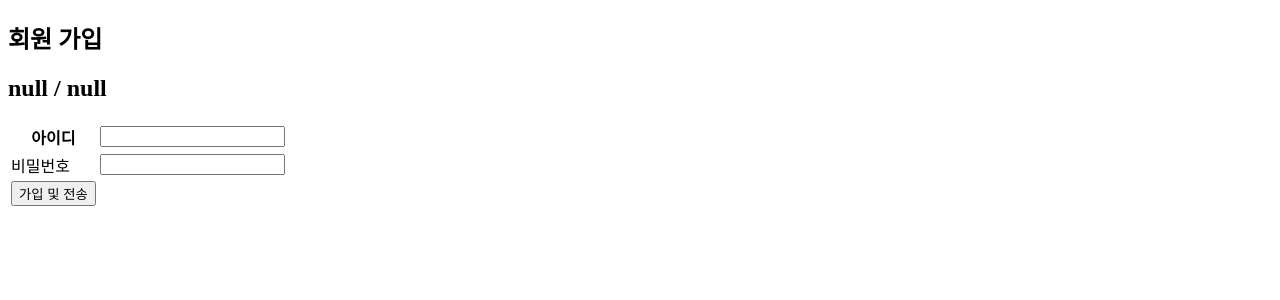
Repository: back-seung/academy
Page: http://localhost/SpringDay01/memberInputForm
These files come from the project's save history. The page is drawn as it stood at one moment and after the next save; the edit follows.
The browser window is 1280 px wide. The pictures show the whole page.
The page is served by Tomcat 9. Other server files are loaded and not shown.

Above is the page before, as saved 2021-11-22 12:43:40.

### SpringDay01/src/main/webapp/WEB-INF/views/memberInput.jsp
<%@ page language="java" contentType="text/html; charset=UTF-8"
    pageEncoding="UTF-8"%>
<!DOCTYPE html>
<html>
  <head>
    <meta charset="UTF-8" />
    <title>Insert title here</title>
  </head>
  <body>
    <form action="memberListForm" method="GET">
      <h2>회원 가입</h2>
      <h2 id="print">${print}</h2>
      <table>
        <tr>
          <th>아이디</th>
          <th><input id="id" type="text" name="id" /></th>
        </tr>
        <tr>
          <td>비밀번호</td>
          <td><input id="pw" type="password" name="pw" /></td>
        </tr>
        <tr>
          <td><input type="submit" value="가입 및 전송"/></td>
        </tr>
      </table>
    </form>
    <script>
    </script>
  </body>
</html>

After the next save:
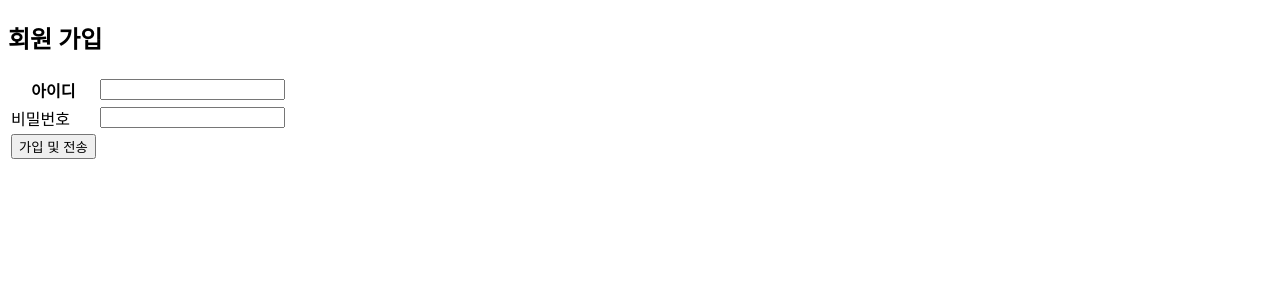
Saved 2 min 10 s later.
--- a/SpringDay01/src/main/webapp/WEB-INF/views/memberInput.jsp
+++ b/SpringDay01/src/main/webapp/WEB-INF/views/memberInput.jsp
@@ -9,7 +9,6 @@
   <body>
     <form action="memberListForm" method="GET">
       <h2>회원 가입</h2>
-      <h2 id="print">${print}</h2>
       <table>
         <tr>
           <th>아이디</th>
